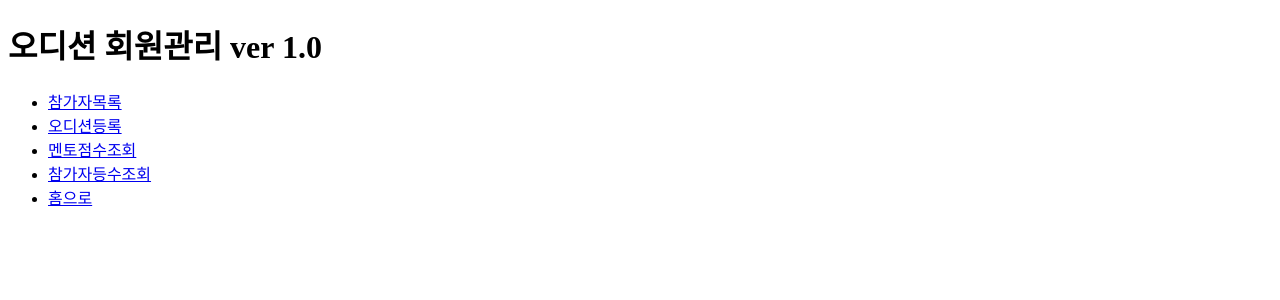
Repository: yongmin0309/smart
Page: http://localhost/MVC_003/view/master/header.jsp
These files come from the project's save history. The page is drawn as it stood at one moment and after the next save; the edit follows.
The browser window is 1280 px wide. The pictures show the whole page.
The page is served by Tomcat 9. Other server files are loaded and not shown.

Above is the page before, as saved 2024-04-04 10:58:38.

### javawork/MVC_003/src/main/webapp/view/master/header.jsp
<%@ page language="java" contentType="text/html; charset=UTF-8"
    pageEncoding="UTF-8"%>
<!DOCTYPE html>
<html>
<head>
	<meta charset="UTF-8">
	<title>Insert title here</title>
	<link rel="stylesheet" href="/css/style.css?after">
</head>
<body>
	<header>
		<h1>오디션 회원관리 ver 1.0</h1>
	</header>

	<nav>
		<ul>
			<li><a href="/memberList">참가자목록</a></li>
			<li><a href="/memberInsert">오디션등록</a></li>
			<li><a href="/mentoList">멘토점수조회</a></li>
			<li><a href="/memberRankList">참가자등수조회</a></li>
			<li><a href="/index">홈으로</a></li>
		</ul>
	</nav>
</body>
</html>

Loaded but not shown: javawork/MVC_003/src/main/webapp/css/style.css (common file)

After the next save:
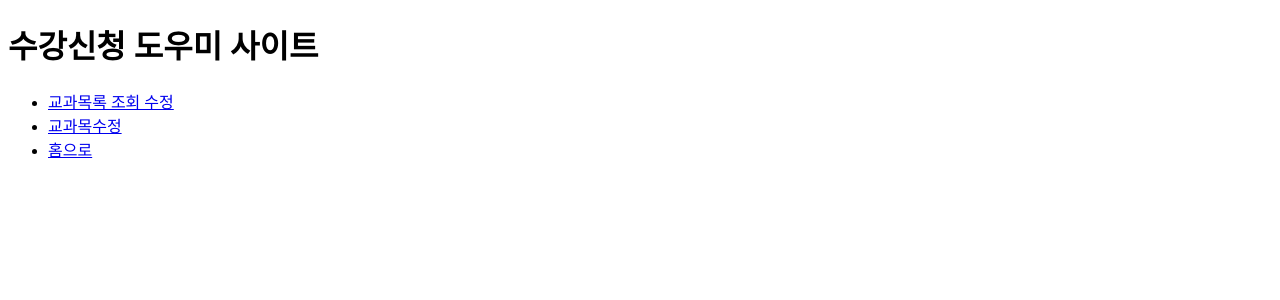
Saved 2 min 53 s later.
--- a/javawork/MVC_003/src/main/webapp/view/master/header.jsp
+++ b/javawork/MVC_003/src/main/webapp/view/master/header.jsp
@@ -9,15 +9,13 @@
 </head>
 <body>
 	<header>
-		<h1>오디션 회원관리 ver 1.0</h1>
+		<h1>수강신청 도우미 사이트</h1>
 	</header>
 
 	<nav>
 		<ul>
-			<li><a href="/memberList">참가자목록</a></li>
-			<li><a href="/memberInsert">오디션등록</a></li>
-			<li><a href="/mentoList">멘토점수조회</a></li>
-			<li><a href="/memberRankList">참가자등수조회</a></li>
+			<li><a href="/memberList">교과목록 조회 수정</a></li>
+			<li><a href="/memberInsert">교과목수정</a></li>
 			<li><a href="/index">홈으로</a></li>
 		</ul>
 	</nav>
